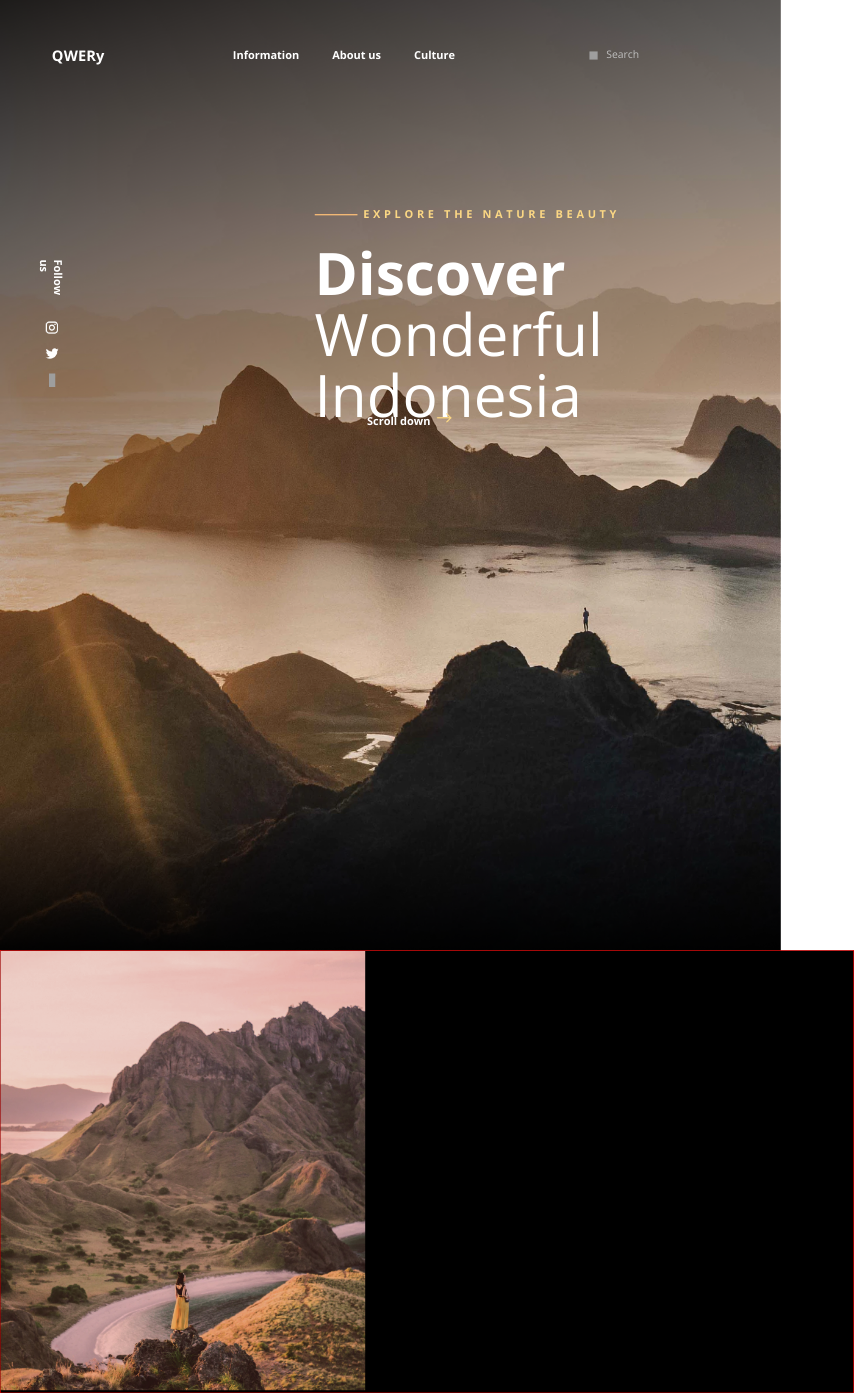
Repository: AndreyMykulych/user_home_work_Mykulych
Page: 6/index.html
These files come from the project's save history. The page is drawn as it stood at one moment and after the next save; the edit follows.
The browser window is 1280 px wide. The page is 1400 px wide, so the pictures cover 1400 px, including what lies to the right of the window. The pictures show the whole page, at 61% of full size.
Pictures or frames that could not be fetched are drawn as grey boxes.

Above is the page before, as saved 2023-03-11 12:05:49.

### 6/index.html
<!DOCTYPE html>
<html lang="en">
<head>
    <meta charset="UTF-8">
    <meta http-equiv="X-UA-Compatible" content="IE=edge">
    <meta name="viewport" content="width=device-width, initial-scale=1.0">
    <title>Document</title>
    <link rel="stylesheet" href="style/normalize.css">
    <link rel="stylesheet" href="style/style.css">
    <link rel="preconnect" href="https://fonts.googleapis.com">
<link rel="preconnect" href="https://fonts.gstatic.com" crossorigin>
<link href="https://fonts.googleapis.com/css2?family=Cinzel&family=Roboto:wght@300;400&family=Zilla+Slab:wght@300&display=swap" rel="stylesheet">
<link rel="preconnect" href="https://fonts.googleapis.com">
<link rel="preconnect" href="https://fonts.gstatic.com" crossorigin>
<link href="https://fonts.googleapis.com/css2?family=Cinzel&family=Open+Sans:wght@700&family=Roboto:wght@300;400&family=Zilla+Slab:wght@300&display=swap" rel="stylesheet">
<link rel="preconnect" href="https://fonts.googleapis.com">
<link rel="preconnect" href="https://fonts.gstatic.com" crossorigin>
<link href="https://fonts.googleapis.com/css2?family=Cinzel&family=Open+Sans:ital,wght@0,700;1,600&family=Roboto:wght@300;400&family=Zilla+Slab:wght@300&display=swap" rel="stylesheet">
<link rel="preconnect" href="https://fonts.googleapis.com">
<link rel="preconnect" href="https://fonts.gstatic.com" crossorigin>
<link href="https://fonts.googleapis.com/css2?family=Cinzel&family=Open+Sans:ital,wght@0,300;0,700;1,600&family=Roboto:wght@300;400&family=Zilla+Slab:wght@300&display=swap" rel="stylesheet">
</head>
<body>

           <div class="first-block">
               <header class="head">
                   <h1>QWERy</h1>
                   <div class="menu">
                   <ul>
                       <li><a href="#">Information</a></li>
                       <li><a href="#">About us</a></li>
                       <li><a href="#">Culture</a></li>
                   </ul>
                </div>
                <div class="search_btn">
                    <img src="img/search.png" alt="search">
                    <input type="search" placeholder="Search">
                </div>
               </header>
               <section1>
                   <div class="leftbar">
                       <p>Follow us</p>
                       <img class="inst" src="img/Inst.png" alt="Inst">
                       <img class="twit" src="img/twit.png" alt="twit">
                       <img class="fb"   src="img/fb.png"   alt="fb">
                   </div>
                   <div class="discover">
                       <!-- <img src="img/line.png" alt="line"> -->
                       <p class="Explore">Explore the Nature Beauty</p>
                       <h1>Discover</h1>
                       <h2>Wonderful Indonesia</h2>
                   </div>
               </section1>
               <div class="scroll_down">
                <p>Scroll down</p>
            </div>
           </div>
 <div class="all_content">
               <div class="second_content">
                <img  class="east_photo" src="img/firstphoto.png" alt="">
               </div>
</div>

</body>
</html>

### 6/style/style.css
*{
    box-sizing: border-box;
}
:root{
    --orange-color:rgba(251, 215, 132, 1);
    --black-color:rgba(0, 0, 0, 1)
}
.first-block{

    height: 1558px;
    padding: 0;
    margin-top: 0;
    background-image: url("../img/firstbg.png");
  background-repeat: no-repeat;
  background-size: auto;

}

.head {
    display: flex;
    margin: 0px 84px 0px 85px;
    padding-top: 58px;
    justify-content: space-between;
    align-items: center;
}
.head h1{
    font-family: 'Open Sans';
font-style: normal;
font-weight: 700;
font-size: 24px;
line-height: 33px;
letter-spacing: 0.01em;
text-transform: capitalize;
color: #FFFFFF;
}
ul li{
    list-style: none;
    display: inline-block;
    padding-right: 50px;

}
ul li a{
    font-family: 'Open Sans';
font-style: normal;
font-weight: 600;
font-size: 18px;
line-height: 25px;
color: #FFFFFF;
}
a{
    text-decoration: none;
}
.search_btn{
    display: flex;
    justify-content: space-between;
   width: 230px;
   align-items: center;
}
.search_btn img{
    width: 14px;
    height: 14px;
}
.search_btn input {
    background: transparent;
    border: none;

}
.search_btn ::placeholder {

font-family: 'Open Sans';
font-style: normal;
font-weight: 400;
font-size: 17px;
line-height: 23px;

color: #C0C0C0;
}
section1{
    display: flex;
    flex-direction: row;
    width: 100%;
  height: 230px;
  margin-top: 198px;
}
.leftbar p{
    font-size: 20px;
    transform: rotate(90deg);
}
.leftbar{
    width:90px;
    height: 250px;
    display: flex;
   flex-direction: column;
    height: 214px;
    align-items: center;
    margin-top: 100px;
     margin-left: 46px;
     justify-content: space-between;
}
.leftbar img{
    margin-left: 5px;
}
.leftbar .inst{
    width: 20px;
    height: auto;
}
.leftbar .fb{
    width: 11px;
    height: 23px;
}
.leftbar .twit{
    width: 20.92px;
    height: 17px;
}
.leftbar p{
    font-family: 'Open Sans';
font-style: normal;
font-weight: 600;
font-size: 18px;
line-height: 23px;
color: #FFFFFF;
transform: rotate(90deg);
}
.discover{
    margin-left: 396px;
    position: relative;
    margin-bottom: 0;
    padding-bottom: 0;
}
.discover p{

    display: flex;
    align-items: center;
    font-family: 'Open Sans';
font-style: normal;
font-weight: 700;
font-size: 18px;
line-height: 25px;
letter-spacing: 6px;
text-transform: uppercase;
color: var(--orange-color);
}

.discover p::before {
    content: "";
    display: block;
    width: 70px;
    height: 2px;
    background-image: url("../img/line.png");
    margin-right: 10px;
  }
.discover h1{
    font-family: 'Open Sans';
font-style: normal;
font-weight: 700;
font-size: 96px;
line-height: 100px;
text-transform: capitalize;
color: #FFFFFF;
flex: none;
order: 1;
flex-grow: 0;
margin-bottom: 0;
margin-top: 32px;
}
.discover h2{
    font-family: 'Open Sans';
    font-style: normal;
    font-weight: 300;
    font-size: 96px;
    line-height: 100px;
    color: #FFFFFF;
    text-transform: capitalize;
    margin:0;
}
.scroll_down{
    margin-left: 47%;
margin-top: 126px;
}
.scroll_down p{
    font-family: 'Open Sans';
font-style: normal;
font-weight: 600;
font-size: 18px;
line-height: 25px;
color: #FFFFFF;
}
.scroll_down p::after{
    position: absolute;
    display: inline-block;
    content: "";
    width: 100px;
    height: 40px;
    margin-left: 10px;
    background-image: url("../img/arrow_downward_24px.png");
    background-repeat: no-repeat;
}

.all_content{
    position: relative;
    width: 100%;
    height: auto;
    background-color: var(--black-color)
}
.second_content{
    position: relative;
    border: 1px solid red;
    margin: 0 auto;
    width: 1400px;
    background-color: var(--black-color);
}
 .east_photo{
    position: inherit;
    top: -8%;
}

Loaded but not shown: 6/style/normalize.css (library)

After the next save:
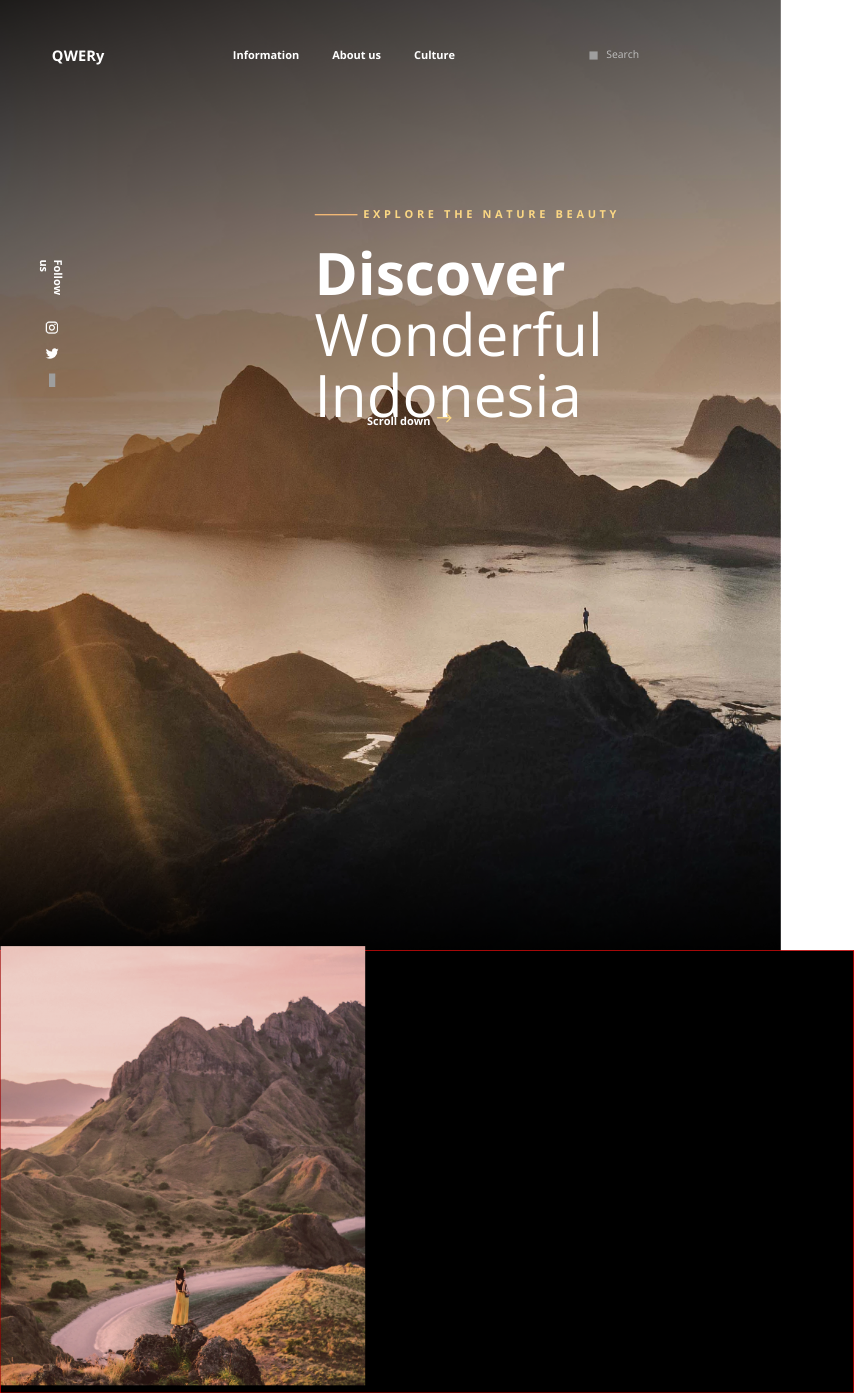
Saved 11 s later.
--- a/6/style/style.css
+++ b/6/style/style.css
@@ -211,5 +211,5 @@
 }
  .east_photo{
     position: inherit;
-    top: -8%;
-}
+    top: -8px;
+}

After the save that followed:
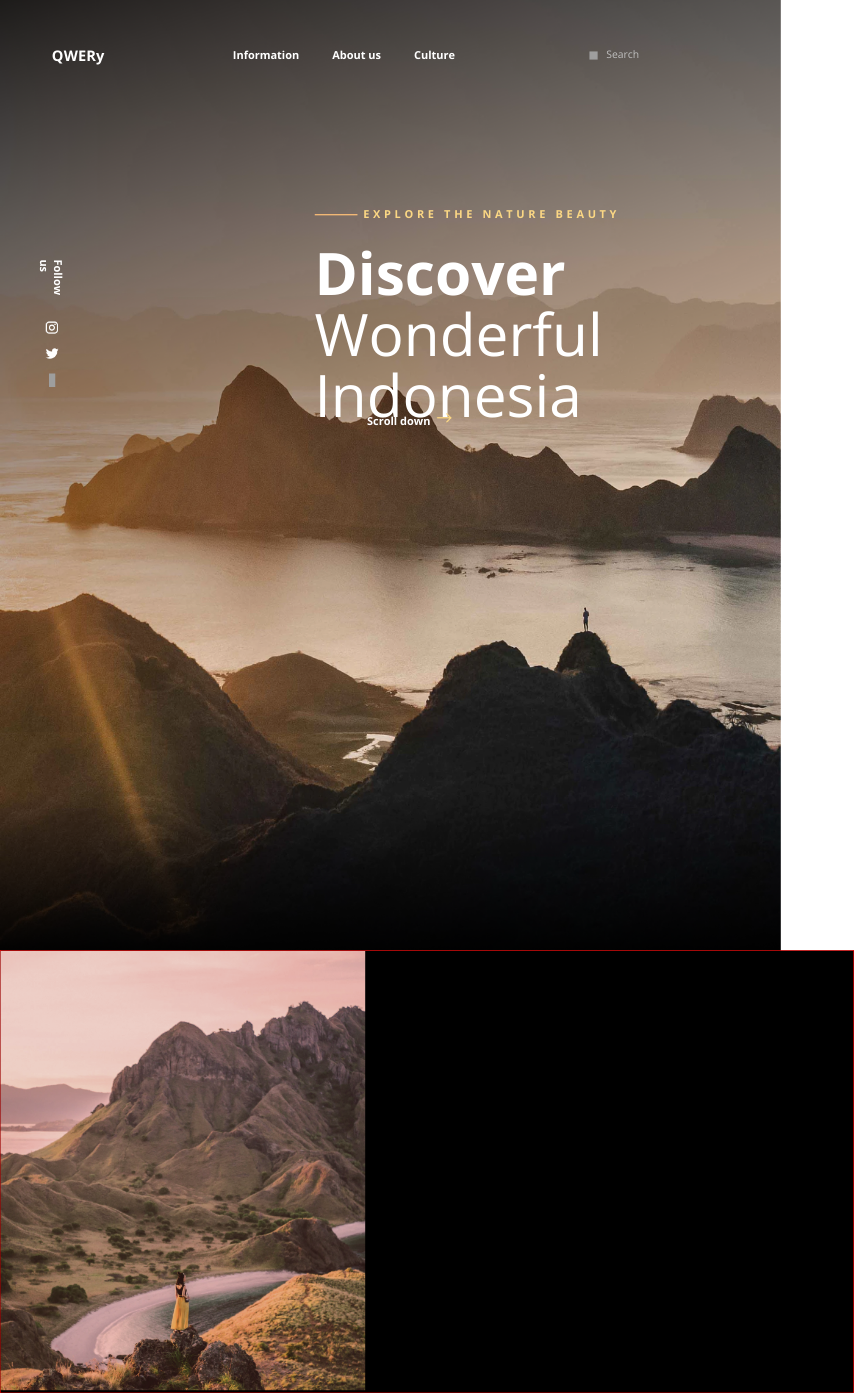
Saved 7 s later.
--- a/6/style/style.css
+++ b/6/style/style.css
@@ -211,5 +211,5 @@
 }
  .east_photo{
     position: inherit;
-    top: -8px;
-}
+    top: -8%;
+}
